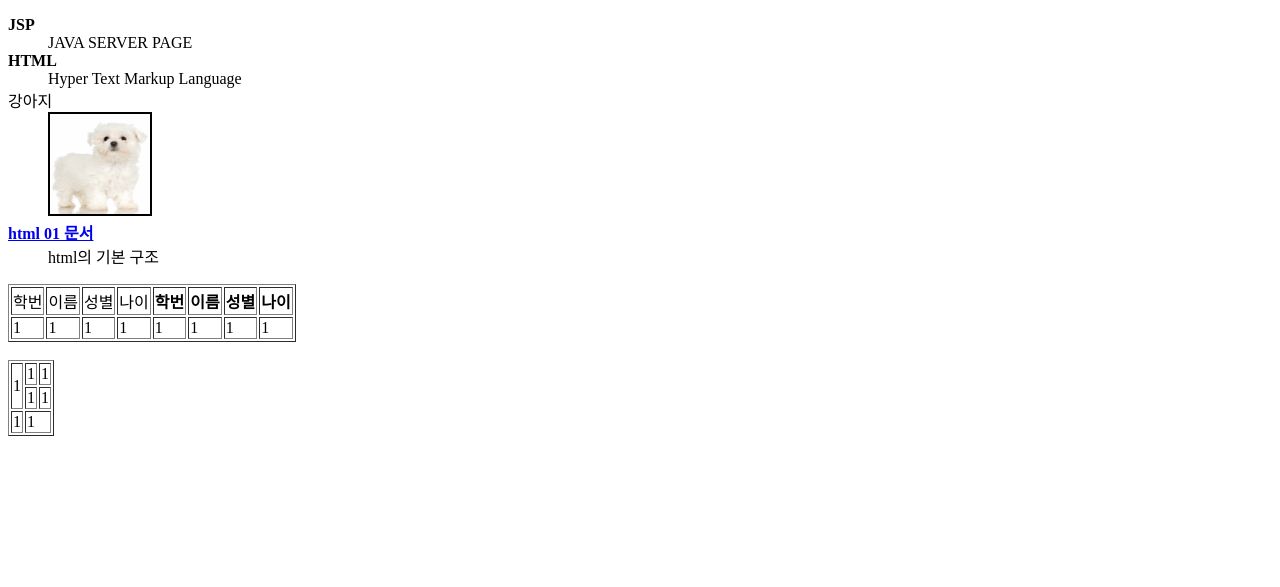
Repository: salee1023/JSP_Practice
Page: HTML_CSS_JS_practice01/src/main/webapp/html02.htm
The author's editor kept a copy of each file at every save. The page is drawn from the files as they stood at one save, then again after the next save.
The browser window is 1280 px wide. The pictures show the whole page.

Above is the page before, as saved 2021-08-16 10:51:21.

### HTML_CSS_JS_practice01/src/main/webapp/html02.htm
<!DOCTYPE html>
<html>
<head>
<meta charset="EUC-KR">
<title>html 연습02</title>
</head>
<body>
	<dl> <!-- Dictionary List -->
		<dt><b>JSP</b></dt>
		<dd>JAVA SERVER PAGE</dd>
		<dt><strong>HTML</strong></dt>
		<dd>Hyper Text Markup Language</dd>
		<dt>강아지</dt>
		<dd><img src="img/1.PNG" width="100" height="100" border="2"></dd>

		<!-- <a> 링크를 걸때 사용하는 태그 : 특정 페이지로 이동할 수 있다. -->
		<dt><b><a href="html01.htm">html 01 문서</a></b></dt>
		<dd>html의 기본 구조</dd>
	</dl>

	<table border="1">
		<tr> <!-- 행 -->
			<td>학번</td><td>이름</td><td>성별</td><td>나이</td>
			<th>학번</th><th>이름</th><th>성별</th><th>나이</th>
		</tr>
		<tr>
			<td>1</td><td>1</td><td>1</td><td>1</td>
			<td>1</td><td>1</td><td>1</td><td>1</td>
		</tr>
	</table>
	<br>
	<table border="1">
		<tr>
			<td rowspan = 2>1</td><td>1</td><td>1</td>
		</tr>
		<tr>
			<td>1</td><td>1</td>
		</tr>
		<tr>
			<td>1</td><td colspan = 2>1</td>
		</tr>
	</table>
</body>
</html>

After the next save:
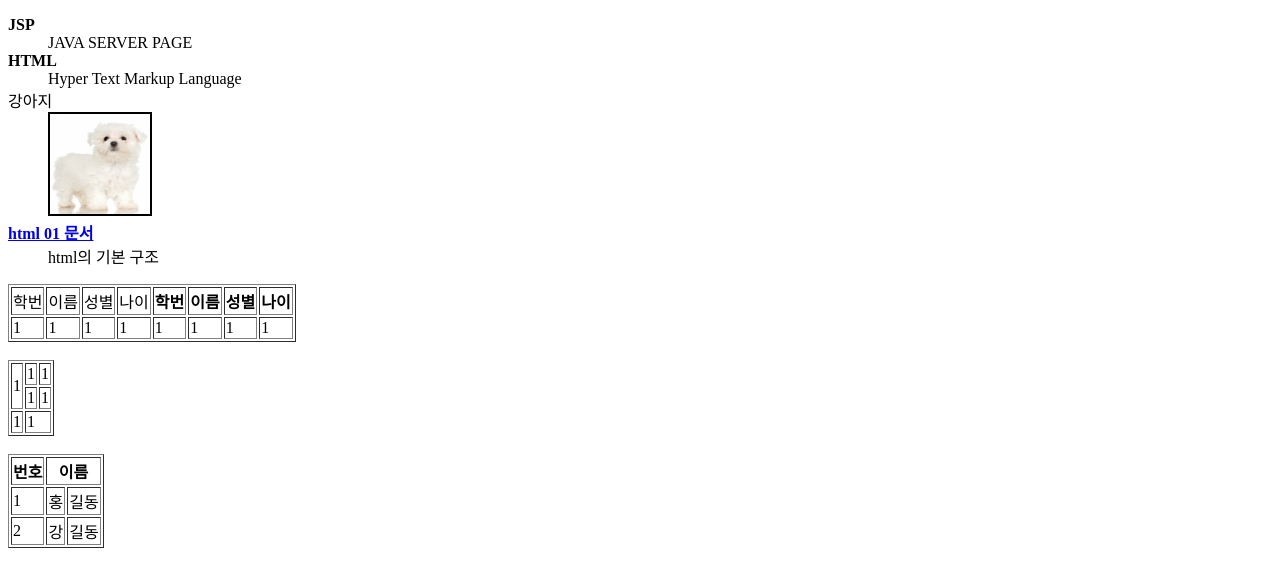
Saved 80 s later.
--- a/HTML_CSS_JS_practice01/src/main/webapp/html02.htm
+++ b/HTML_CSS_JS_practice01/src/main/webapp/html02.htm
@@ -40,5 +40,17 @@
 			<td>1</td><td colspan = 2>1</td>
 		</tr>
 	</table>
+	<br>
+	<table border="1">
+		<tr>
+			<th>번호</th><th colspan=2>이름</th>
+		</tr>
+		<tr>
+			<td>1</td><td>홍</td><td>길동</td>
+		</tr>
+		<tr>
+			<td>2</td><td>강</td><td>길동</td>
+		</tr>
+	</table>
 </body>
 </html>
